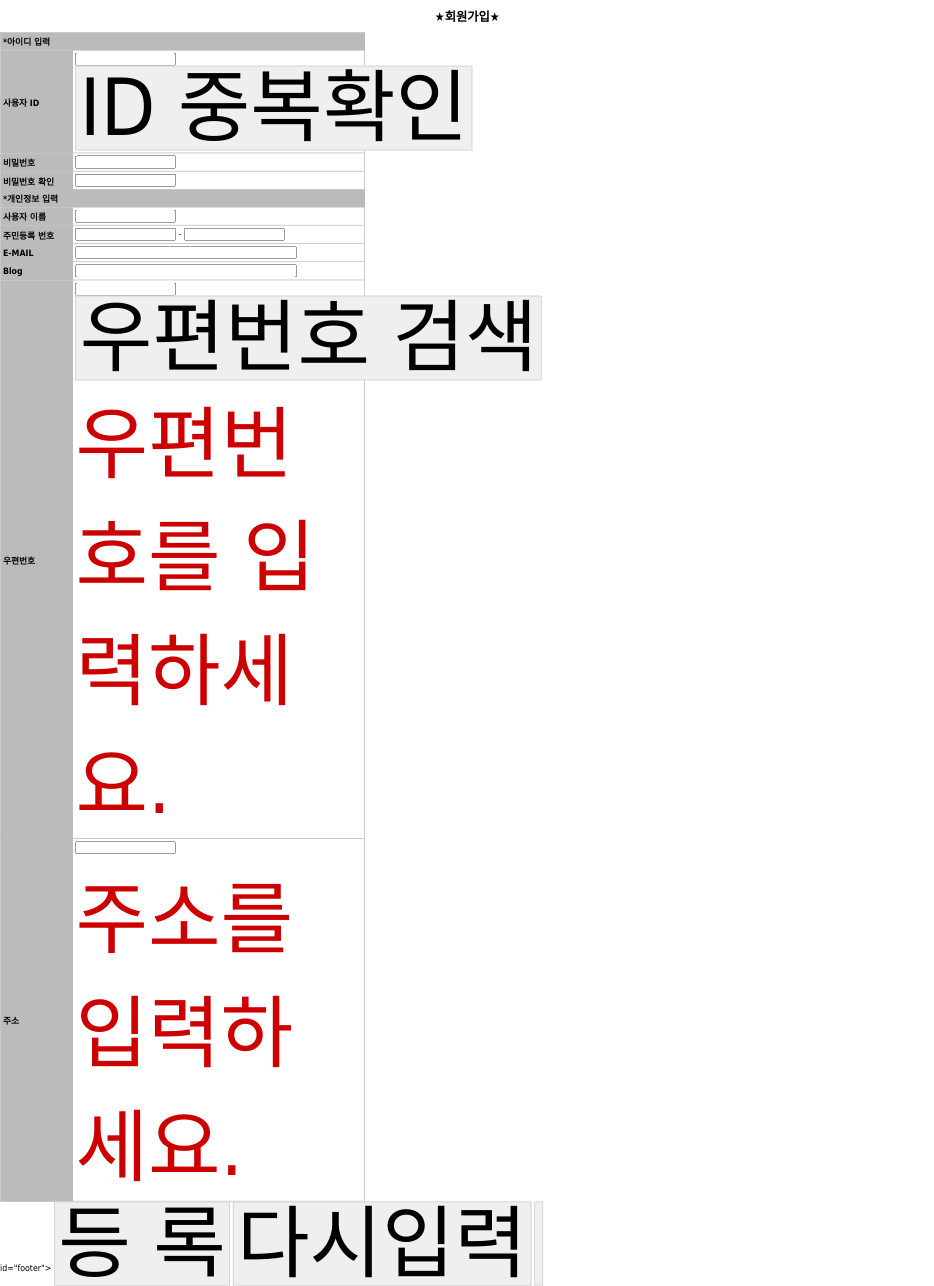
Repository: eParkjongtaek/lovedisket
Page: http://localhost/KH18_1/0904/inputForm.jsp
An editor plug-in stored every save of this project. The page is shown before and after the next save, followed by the edit.
The browser window is 1280 px wide. The pictures show the whole page, at 73% of full size.
The page is served by Tomcat 9. Other server files are loaded and not shown.

Above is the page before, as saved 2017-09-04 04:29:08.

### source/KH18_1/WebContent/0904/inputForm.jsp
<%@ page language="java" contentType="text/html; charset=EUC-KR"
    pageEncoding="EUC-KR"%>
<!DOCTYPE html PUBLIC "-//W3C//DTD HTML 4.01 Transitional//EN" "http://www.w3.org/TR/html4/loose.dtd">
<html>
<head>
<meta http-equiv="Content-Type" content="text/html; charset=EUC-KR">
<title>회원가입</title>
<link href="style.css" rel="stylesheet" type="text/css" />

<script type="text/javascript">

function checkIt()
{
	var userinput = eval("document.userinput");
	if(!userinput.id.value)
	{
		alert("ID를 입력하세요!");
		return false;
	}

	if(!userinput.passwd.value)
	{
		alert("비밀번호를 입력하세요!");
		return false;
	}

	if(userinput.passwd.value != userinput.passwd2.value)
	{
		alert("비밀번호가 같아요~");
		return false;
	}

	if(!userinput.name.value)
	{
		alert("이름을 입력하세요!");
		return false;
	}

	if(!userinput.jumin1.value || !userinput.jumin2.value)
	{
		alert("주민등록번호를 입력하세요!");
		return false;
	}


}

</script>

</head>
<body>
	<form action="inputPro.jsp" name="userinput" onsubmit="return checkIt();" method="post">

		<h1>★회원가입★</h1>
		<div id="body">

			<table width="500px;">

				<colgroup>
					<col width="20%"/>
					<col width="*"/>
				</colgroup>

				<tr>
					<th colspan="2" class="subTitle">*아이디 입력</th>
				</tr>
				<tr>
					<th>사용자 ID</th>
					<td>
						<input type="text" name="id" maxlength="12" />
						<input type="button" name="confirm_id" value="ID 중복확인" class="inputBtn" onclick="javascript:openConfirmid(this.form);" />
					</td>
				</tr>
				<tr>
					<th>비밀번호</th>
					<td>
						<input type="password" name="passwd" maxlength="12" />
					</td>
				</tr>
				<tr>
					<th>비밀번호 확인</th>
					<td>
						<input type="password" name="passwd2" maxlength="12" />
					</td>
				</tr>
				<tr>
					<th colspan="2" class="subTitle">*개인정보 입력</th>
				</tr>
				<tr>
					<th>사용자 이름</th>
					<td><input type="text" name="name" maxlength="10" />
				</tr>
				<tr>
					<th>주민등록 번호</th>
					<td>
						<input type="text" name="jumin1" maxlength="6" /> -
						<input type="password" name="jumin2" maxlength="7" />
					</td>
				</tr>
				<tr>
					<th>E-MAIL</th>
					<td>
						<input type="text" name="email" class="w300" maxlength="30" />
					</td>
				</tr>
				<tr>
					<th>Blog</th>
					<td>
						<input type="text" name="blog" class="w300" maxlength="50" />
					</td>
				</tr>
				<tr>
					<th>우편번호</th>
					<td>
						<input type="text" name="zipcode" /><input type="button" value="우편번호 검색" class="inputBtn" onclick="javascript:zipCheck();" />
						<span>우편번호를 입력하세요.</span>
					</td>
				</tr>
				<tr>
					<th>주소</th>
					<td>
						<input type="text" name="address" class="w380" />
						<span class="descB">주소를 입력하세요.</span>
					</td>
				</tr>
			</table>
		</div>
		<div> id="footer">
			<input type="submit" name="confirm" class="inputBtn" value="등 록" />
			<input type="reset" name="reset" class="inputBtn" value="다시입력" />
			<input type="button" class="inputBtn" onclick="javascript:window.location='main.jsp'" />
		</div>

	</form>
</body>
</html>

### source/KH18_1/WebContent/0904/style.css
* {padding:0;margin:0;}
html {font-family: Tahoma, Dotum, "돋움"; font-size: 0.75em; }
body {font-size:1em;text-align:left;}
#wrap {width:500px; margin:0 auto; text-align:left;}
#footer {text-align:center; padding:10px 0;}
#footer input {vertical-align:middle;}
fieldset {border:none;}
legend {display:none; visibility:hidden;}
table {table-layout: fixed; border-collapse: collapse; padding: 0; border-style:solid; border-width:1px 1px 0 1px; border-color:#bbb;}
th {text-align:left; padding:3px; border-collapse:0; border-style:solid; border-width:0 0 1px 0;border-color:#bbb; background:#bbb;}
td {text-align:left; border-collapse:0; border-style:solid; border-width:0 0 1px 0; border-color:#bbb;padding:3px;}
input {font-family:Tahoma, Dotum, "돋움"; font-size:1em;}
td span {font-size:9em; color:#cc0000;}
h1 {font-size:1.4em; text-align:center; padding:10px 0;}
.w300 {width:300px;}
.w380 {wdith:380px;}
.descB {padding:2px 0; display:block;}
th .subTitle {color:#339900; background:#fff !important; padding:8px 0 8px 5px;}
.inputBtn {border:1px solid #ccc; padding:3px 5px; line-height:1em; font-size:9em;}
#footer .inputBtn {font-size:1.2em; font-weight:bold;}

After the next save:
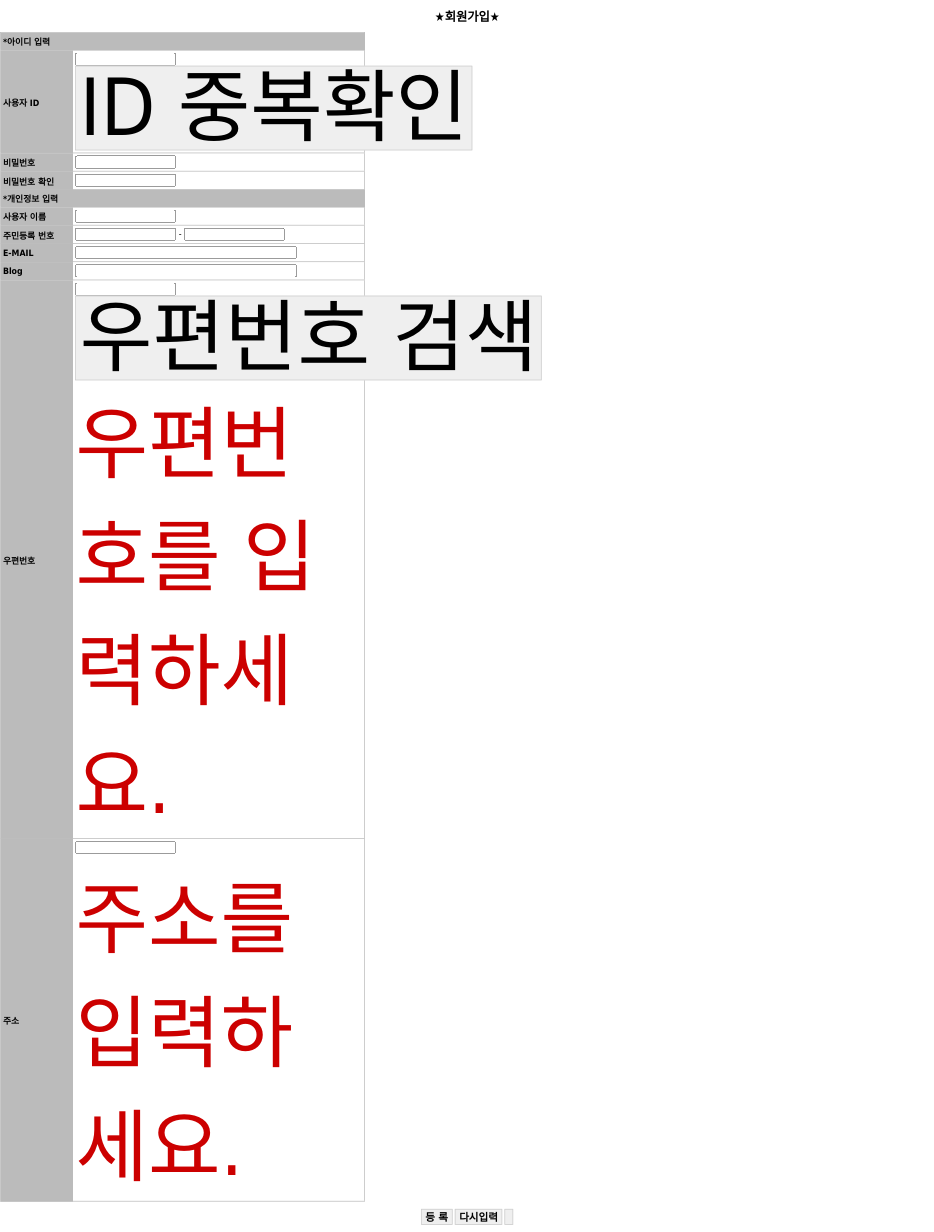
Saved 5 s later.
--- a/source/KH18_1/WebContent/0904/inputForm.jsp
+++ b/source/KH18_1/WebContent/0904/inputForm.jsp
@@ -125,7 +125,7 @@ function checkIt()
 				</tr>
 			</table>
 		</div>
-		<div> id="footer">
+		<div id="footer">
 			<input type="submit" name="confirm" class="inputBtn" value="등 록" />
 			<input type="reset" name="reset" class="inputBtn" value="다시입력" />
 			<input type="button" class="inputBtn" onclick="javascript:window.location='main.jsp'" />
